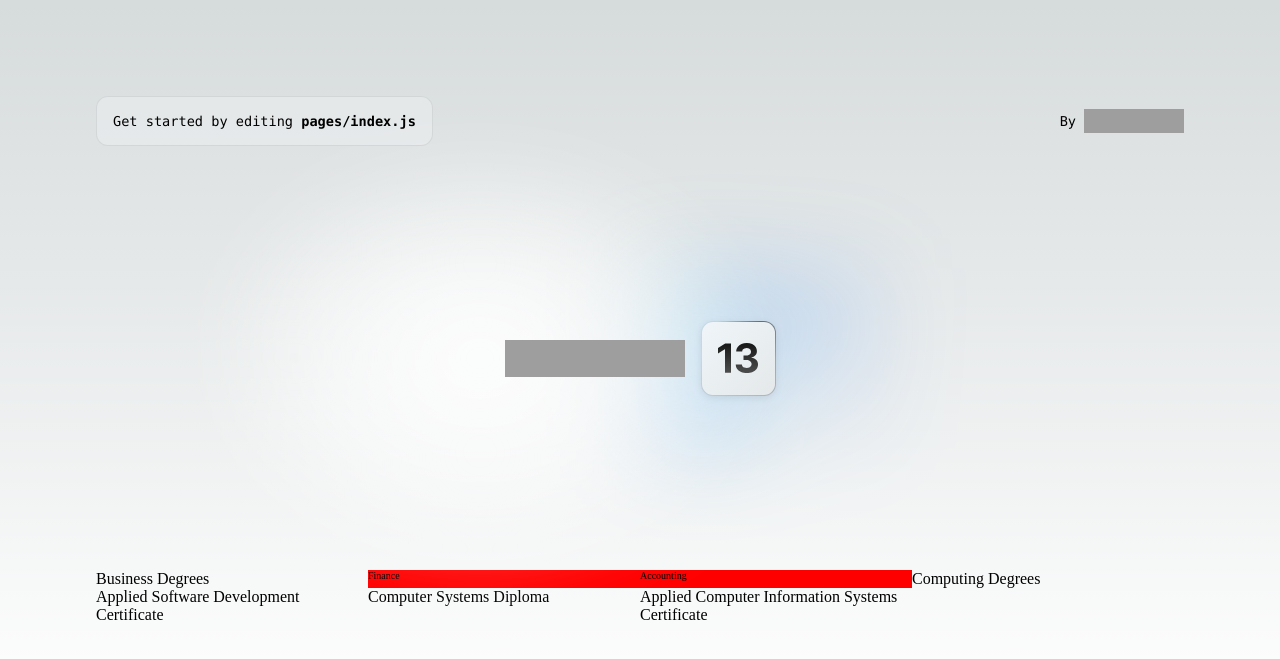
Repository: JacobSkilling-dot/week3-DynamicDesign
Page: / (app in Week-3-example/)
These files come from the project's save history. The page is drawn as it stood at one moment and after a run of saves; the edit follows.
The browser window is 1280 px wide. The pictures show the whole page.
Pictures or frames that could not be fetched are drawn as grey boxes. The project was rebuilt for these pictures with package versions that can differ from the ones it lists, and the page was loaded fresh each time. The framework's server and built-in components were replaced by stand-ins that run in the browser. Also part of the build but not shown: Week-3-example/next.config.js.

Above is the page before, as saved 2023-01-16 11:07:09.

After the next 2 saves:
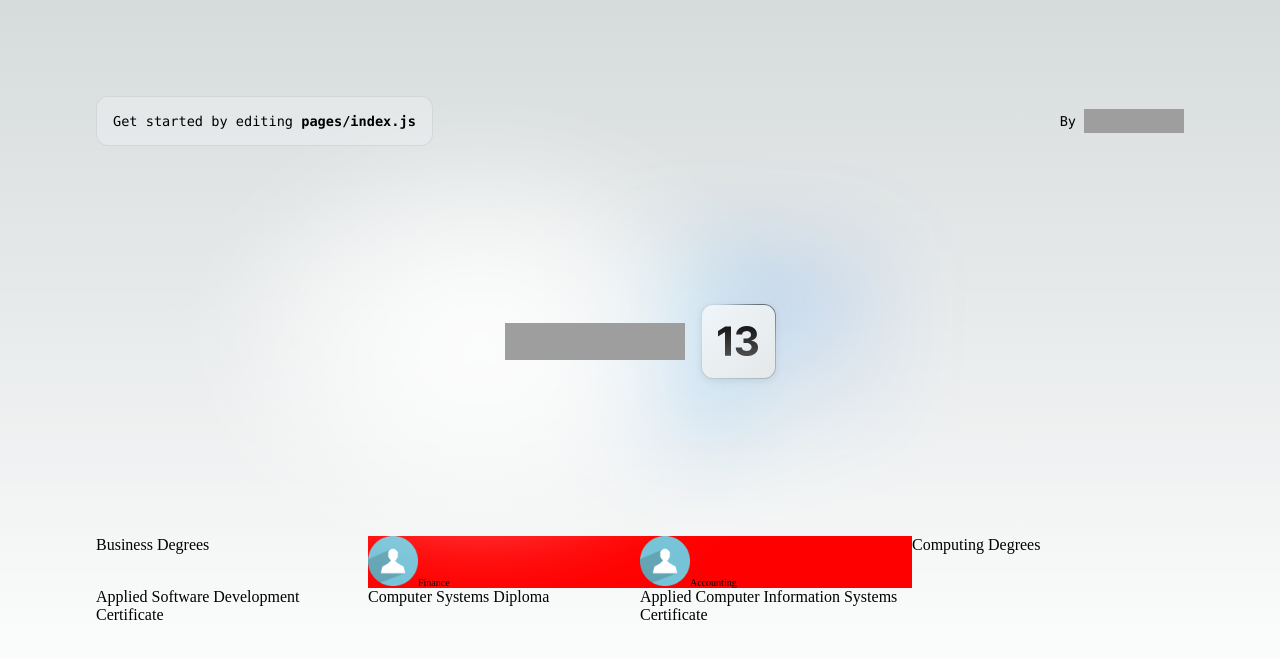
The 2 saves are shown as one change because 1 did not build or start.
The last was saved 3 min 5 s later.
--- a/Week-3-example/components/Card/index.js
+++ b/Week-3-example/components/Card/index.js
@@ -6,6 +6,11 @@ export default function Card({
 }) {
     return(
         <div style={{backgroundColor: colour, fontSize:font}}>
+            {
+                colour === "red" ? <img src={'icon/person.png'} width="50"/> :
+                colour === "blue" ? <img src={'icon/personThree.png'} width="50"/> :
+                                     <img src={image} width="50"/>
+             }
             {degree}
         </div>
     )
